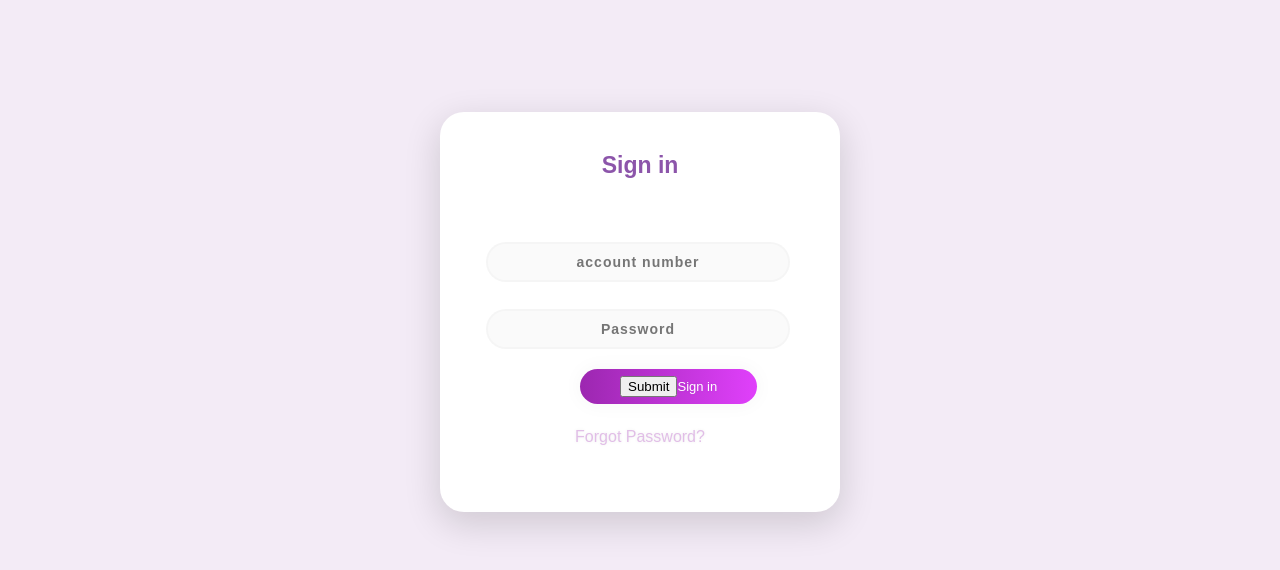
Repository: anujs099/bankingapp
Page: banking-application-final/WebContent/login.html
These files come from the project's save history. The page is drawn as it stood at one moment and after the next save; the edit follows.
The browser window is 1280 px wide. The pictures show the whole page.
Some web fonts or font styles are not loaded; a fallback is used.

Above is the page before, as saved 2021-03-05 19:21:53.

### banking-application-final/WebContent/login.html
<!DOCTYPE html>
<html>
<head>
<meta charset="ISO-8859-1">
<title>Sign in</title>
<link rel="stylesheet" href="LoginFile.css">
  <link href="https://fonts.googleapis.com/css?family=Ubuntu" rel="stylesheet">
  <meta name="viewport" content="width=device-width, initial-scale=1" />
  <link rel="stylesheet" href="path/to/font-awesome/css/font-awesome.min.css">

</head>




<body>
  <div class="main">
    <p class="sign" align="center">Sign in</p>

    <form class="form1" action="loginservlet">
      <input class="un " type="text" align="center" placeholder="account number" name="account">
      <input class="pass" type="password" align="center" placeholder="Password" name="password">
      <a class="submit" align="center"><input type="submit">Sign in</a>
      <p class="forgot" align="center"><a href="#">Forgot Password?</p>
     </form>
    </div>

</body>
</html>

### banking-application-final/WebContent/LoginFile.css
@charset "ISO-8859-1";
 body {
        background-color: #F3EBF6;
        font-family: 'Ubuntu', sans-serif;
    }

    .main {
        background-color: #FFFFFF;
        width: 400px;
        height: 400px;
        margin: 7em auto;
        border-radius: 1.5em;
        box-shadow: 0px 11px 35px 2px rgba(0, 0, 0, 0.14);
    }

    .sign {
        padding-top: 40px;
        color: #8C55AA;
        font-family: 'Ubuntu', sans-serif;
        font-weight: bold;
        font-size: 23px;
    }

    .un {
    width: 76%;
    color: rgb(38, 50, 56);
    font-weight: 700;
    font-size: 14px;
    letter-spacing: 1px;
    background: rgba(136, 126, 126, 0.04);
    padding: 10px 20px;
    border: none;
    border-radius: 20px;
    outline: none;
    box-sizing: border-box;
    border: 2px solid rgba(0, 0, 0, 0.02);
    margin-bottom: 50px;
    margin-left: 46px;
    text-align: center;
    margin-bottom: 27px;
    font-family: 'Ubuntu', sans-serif;
    }

    form.form1 {
        padding-top: 40px;
    }

    .pass {
            width: 76%;
    color: rgb(38, 50, 56);
    font-weight: 700;
    font-size: 14px;
    letter-spacing: 1px;
    background: rgba(136, 126, 126, 0.04);
    padding: 10px 20px;
    border: none;
    border-radius: 20px;
    outline: none;
    box-sizing: border-box;
    border: 2px solid rgba(0, 0, 0, 0.02);
    margin-bottom: 50px;
    margin-left: 46px;
    text-align: center;
    margin-bottom: 27px;
    font-family: 'Ubuntu', sans-serif;
    }


    .un:focus, .pass:focus {
        border: 2px solid rgba(0, 0, 0, 0.18) !important;

    }

    .submit {
      cursor: pointer;
        border-radius: 5em;
        color: #fff;
        background: linear-gradient(to right, #9C27B0, #E040FB);
        border: 0;
        padding-left: 40px;
        padding-right: 40px;
        padding-bottom: 10px;
        padding-top: 10px;
        font-family: 'Ubuntu', sans-serif;
        margin-left: 35%;
        font-size: 13px;
        box-shadow: 0 0 20px 1px rgba(0, 0, 0, 0.04);
    }

    .forgot {
        text-shadow: 0px 0px 3px rgba(117, 117, 117, 0.12);
        color: #E1BEE7;
        padding-top: 15px;
    }

    a {
        text-shadow: 0px 0px 3px rgba(117, 117, 117, 0.12);
        color: #E1BEE7;
        text-decoration: none
    }

    @media (max-width: 600px) {
        .main {
            border-radius: 0px;
        }

    }

After the next save:
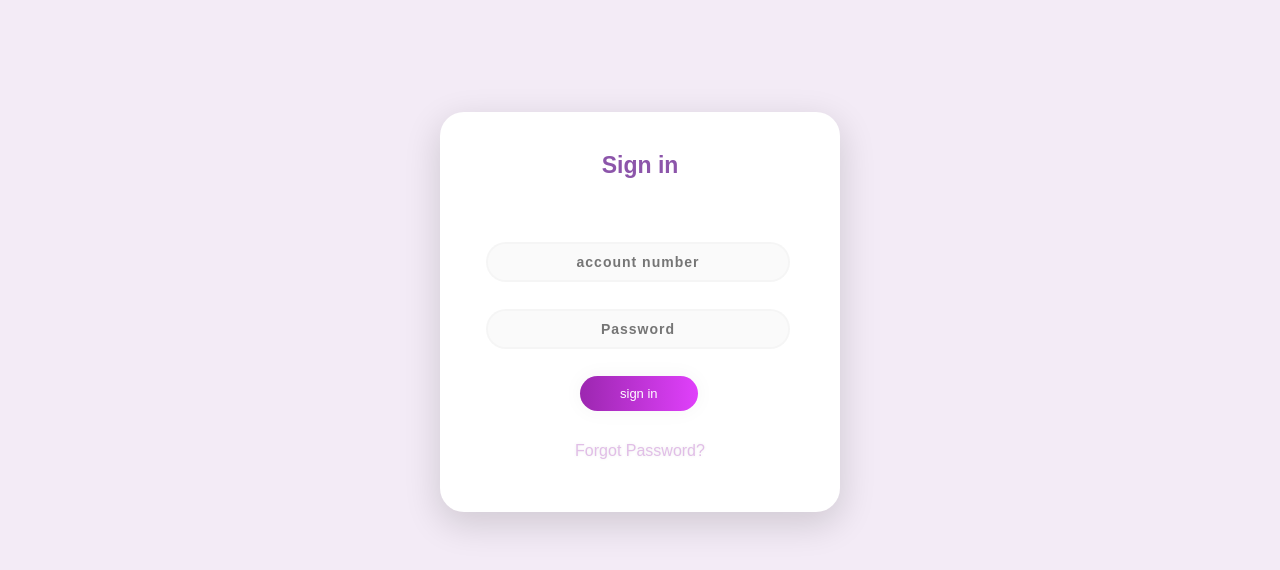
Saved 75 s later.
--- a/banking-application-final/WebContent/login.html
+++ b/banking-application-final/WebContent/login.html
@@ -20,7 +20,7 @@
     <form class="form1" action="loginservlet">
       <input class="un " type="text" align="center" placeholder="account number" name="account">
       <input class="pass" type="password" align="center" placeholder="Password" name="password">
-      <a class="submit" align="center"><input type="submit">Sign in</a>
+      <input type="submit" class="submit" value="sign in" align="center">
       <p class="forgot" align="center"><a href="#">Forgot Password?</p>
      </form>
     </div>
